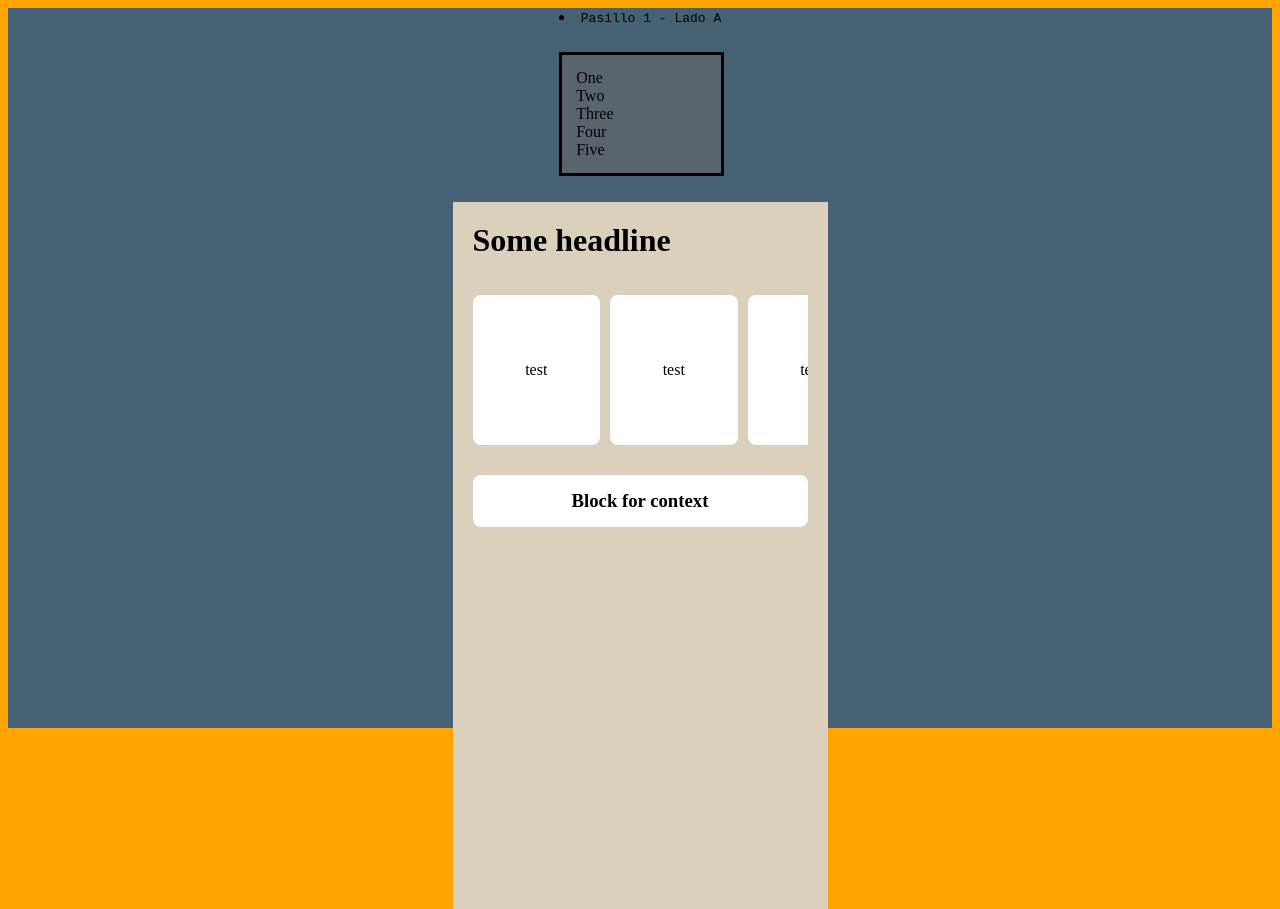
Repository: Franzcod/DepoStock_Web
Page: index.html
These files come from the project's save history. The page is drawn as it stood at one moment and after the next save; the edit follows.
The browser window is 1280 px wide. The pictures show the whole page.

Above is the page before, as saved 2020-06-07 02:17:51.
Console error: ReferenceError: ur is not defined

### index.html
<!DOCTYPE html>
<html lang="en">
<head>
    <meta charset="UTF-8">
    <meta name="viewport" content="width=device-width, initial-scale=1.0">
    <title>Deposito Probusol</title>

    <link rel="stylesheet" href="estilo/estilo.css">
</head>
<body>

    <li><code>Pasillo 1 - Lado A</code>
        <div id="div2">
            <div class="wrapper">
                <div class="box1">One</div>
                <div class="box2">Two</div>
                <div class="box3">Three</div>
                <div class="box4">Four</div>
                <div class="box5">Five</div>
            </div>
        </div>
    </li>

    <div class="app">
        <h1>Some headline</h1>

        <ul class="hs">
            <li class="item">test</li>
            <li class="item">test</li>
            <li class="item">test</li>
            <li class="item">test</li>
            <li class="item">test</li>
            <li class="item">test</li>
        </ul>

        <div class="container">
            <div class="item">
            <h3>Block for context</h3>
            </div>
        </div>
    </div>






    <script>ur</script>

</body>







</html>

### estilo/estilo.css
html{
    background-color: rgba(255, 164, 0, 1);
}

#div2 {
    border: 3px solid black;
    width:  80%;
    height: 40%;
    margin: 2vw auto;
    padding: 2vh 2vh;
    background-color: rgba(105, 105, 105, 0.565);
}

#div2 { overflow-x: scroll;}

:root {
--gutter: 20px;
}

.app {
padding: var(--gutter) 0;
display: grid;
grid-gap: var(--gutter) 0;
grid-template-columns: var(--gutter) 1fr var(--gutter);
align-content: start;
}

.app > * {
grid-column: 2 / -2;
}

.app > .full {
grid-column: 1 / -1;
}

.hs {
display: grid;
grid-gap: calc(var(--gutter) / 2);
grid-template-columns: repeat(6, calc(50% - var(--gutter) * 2));
grid-template-rows: minmax(150px, 1fr);

overflow-x: scroll;
scroll-snap-type: x proximity;
padding-bottom: calc(.75 * var(--gutter));
margin-bottom: calc(-.25 * var(--gutter));
}


/* Demo styles */

html,
body {
height: 100%;
}

body {
display: grid;
place-items: center;
background: #456173;
}

ul {
list-style: none;
padding: 0;
}

h1,
h2,
h3 {
margin: 0;
}

.app {
width: 375px;
height: 667px;
background: #DBD0BC;
overflow-y: scroll;
}

.hs > li,
.item {
scroll-snap-align: center;
padding: calc(var(--gutter) / 2 * 1.5);
display: flex;
flex-direction: column;
justify-content: center;
align-items: center;
background: #fff;
border-radius: 8px;
}

After the next save:
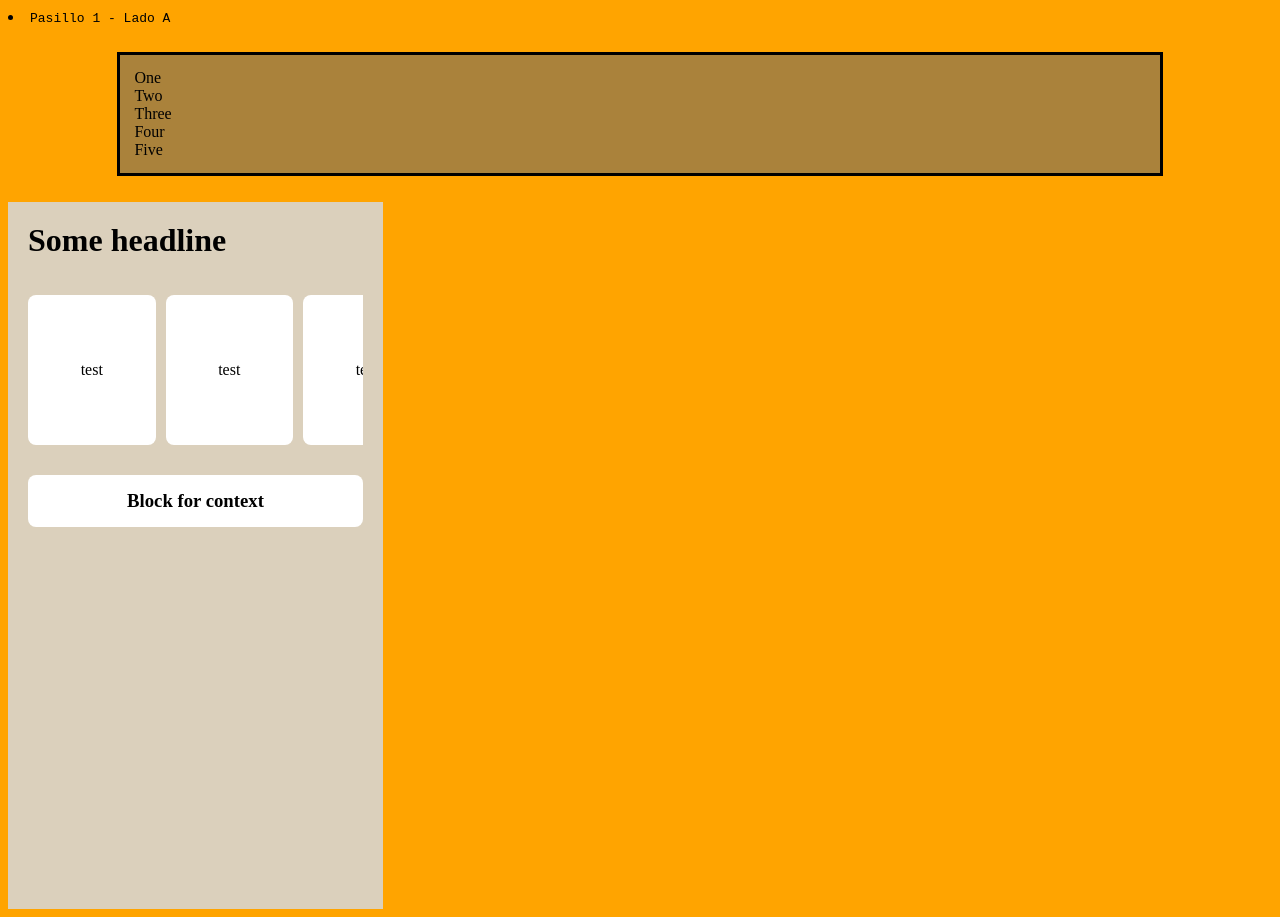
Saved 32 s later.
--- a/estilo/estilo.css
+++ b/estilo/estilo.css
@@ -48,16 +48,9 @@ margin-bottom: calc(-.25 * var(--gutter));
 
 /* Demo styles */
 
-html,
-body {
-height: 100%;
-}
 
-body {
-display: grid;
-place-items: center;
-background: #456173;
-}
+
+
 
 ul {
 list-style: none;
